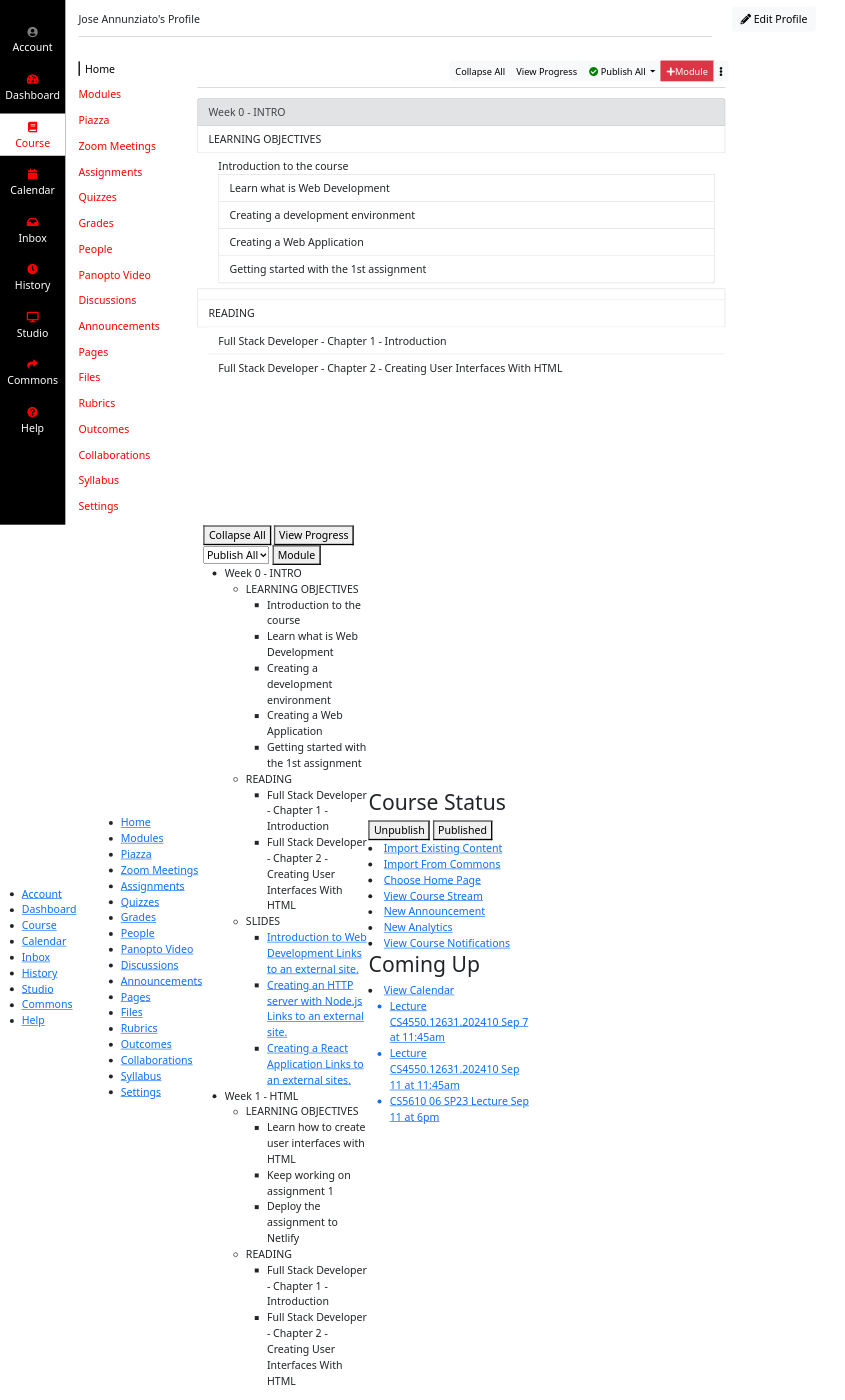
Repository: yuqiant/kanbas-react-web-app
Page: public/kanbas/home.html
An editor plug-in stored every save of this project. The page is shown before and after the next save, followed by the edit.
The browser window is 1280 px wide. The pictures show the whole page, at 66% of full size.

Above is the page before, as saved 2023-10-04 21:10:38.

After the next save:
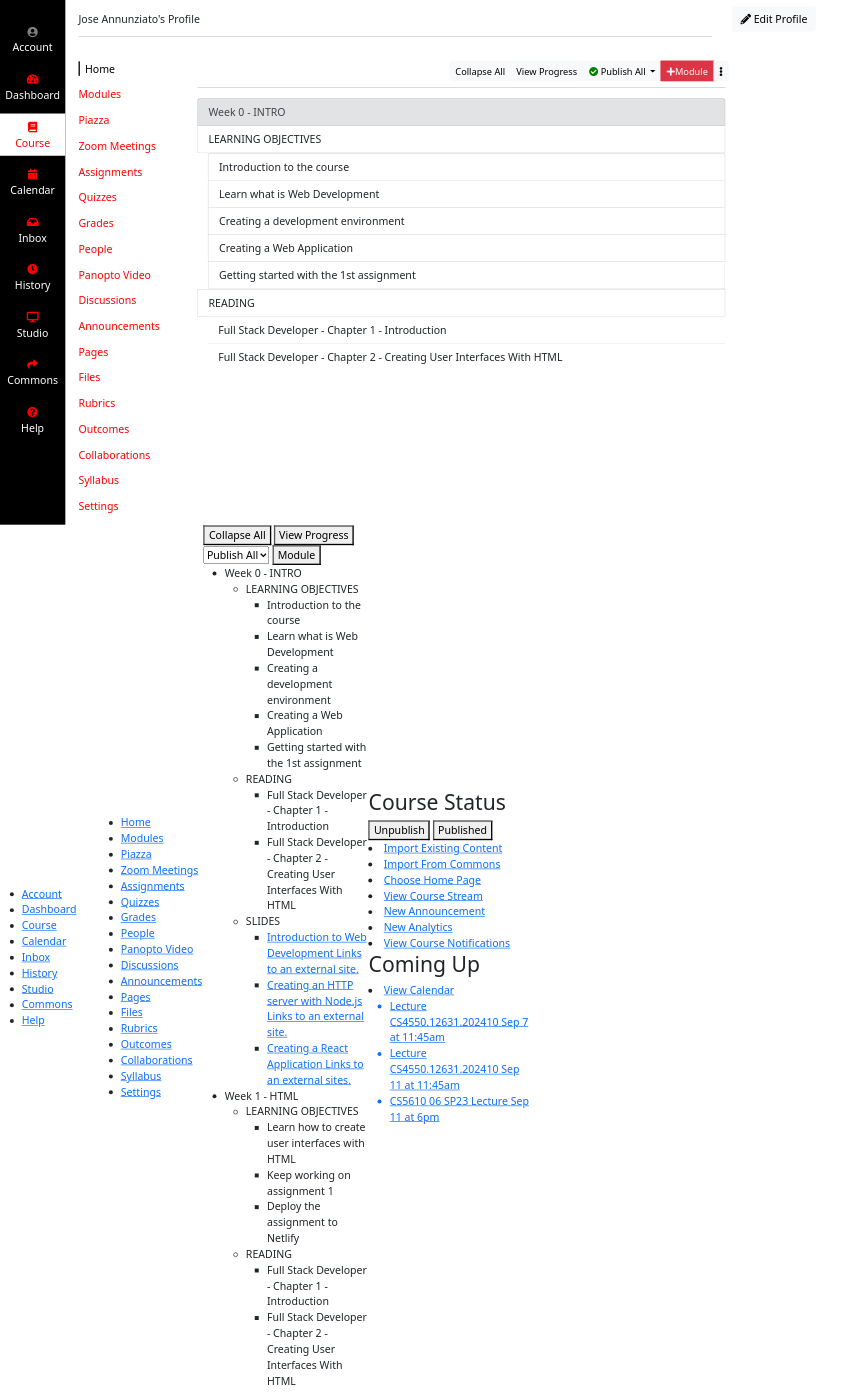
Saved 55 s later.
--- a/public/kanbas/home.html
+++ b/public/kanbas/home.html
@@ -114,12 +114,12 @@
                     <div class="list-group mb-4">
                         <a href="#" class="list-group-item list-group-item-secondary">Week 0 - INTRO</a>
                         <a href="#" class="list-group-item">LEARNING OBJECTIVES</a>
-                        <ul class="list-group list-group-flush ms-3">
-                            <a href="#" class="list-group-item">Introduction to the course</li>
-                                <li class="list-group-item">Learn what is Web Development</li>
-                                <li class="list-group-item">Creating a development environment</li>
-                                <li class="list-group-item">Creating a Web Application</li>
-                                <li class="list-group-item">Getting started with the 1st assignment</li>
+                        <ul class="list-group list-group ms-3">
+                            <li class="list-group-item">Introduction to the course</li>
+                            <li class="list-group-item">Learn what is Web Development</li>
+                            <li class="list-group-item">Creating a development environment</li>
+                            <li class="list-group-item">Creating a Web Application</li>
+                            <li class="list-group-item">Getting started with the 1st assignment</li>
                         </ul>
 
                         <a href="#" class="list-group-item">READING</a>
